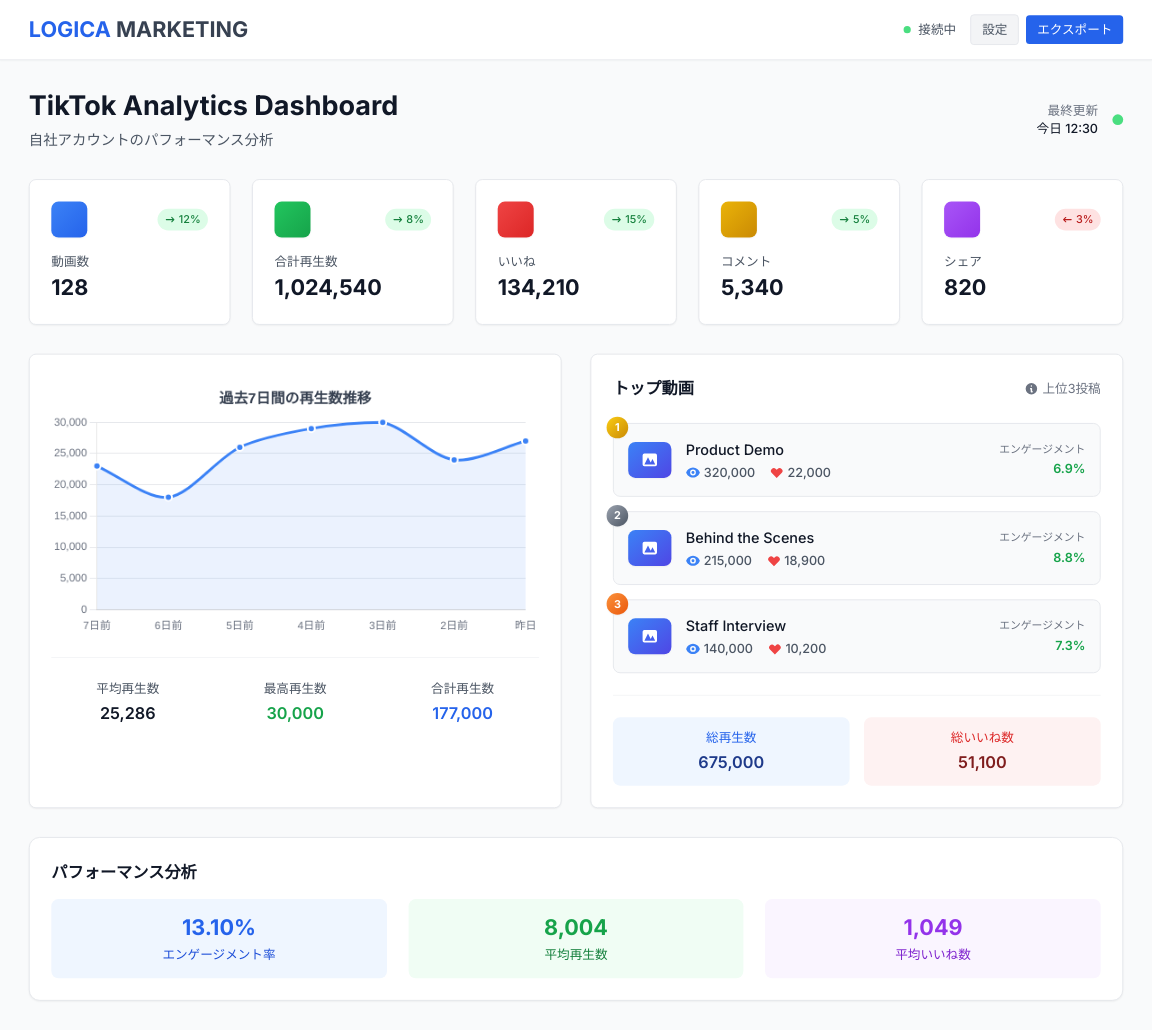
Repository: masayasusuzuki/LogicaMarketingTool
Page: /dashboard
These files come from the project's save history. The page is drawn as it stood at one moment and after the next save; the edit follows.
The browser window is 1280 px wide. The pictures show the whole page, at 90% of full size.
The project was rebuilt for these pictures with package versions that can differ from the ones it lists, and the page was loaded fresh each time. The framework's server and built-in components were replaced by stand-ins that run in the browser. Also part of the build but not shown: next.config.js.

Above is the page before, as saved 2025-08-07 12:38:14.

### src/app/layout.tsx
import type { Metadata } from 'next'
import { Inter } from 'next/font/google'
import './globals.css'

const inter = Inter({ subsets: ['latin'] })

export const metadata: Metadata = {
  title: 'LOGICA MARKETING - TikTok Analytics',
  description: 'TikTok自社アカウント分析ダッシュボード',
}

export default function RootLayout({
  children,
}: {
  children: React.ReactNode
}) {
  return (
    <html lang="ja">
      <body className={inter.className}>{children}</body>
    </html>
  )
}

### src/app/dashboard/page.tsx
'use client'

import Link from 'next/link'
import { mockTikTokData } from '@/data/mockData'
import KPICard from '@/components/KPICard'
import ViewsChart from '@/components/ViewsChart'
import TopVideos from '@/components/TopVideos'

export default function Dashboard() {
  return (
    <div className="min-h-screen bg-gray-50">
      {/* ヘッダー */}
      <header className="bg-white shadow-sm border-b border-gray-200 sticky top-0 z-50">
        <div className="max-w-7xl mx-auto px-4 sm:px-6 lg:px-8">
          <div className="flex justify-between items-center py-4">
            <div className="flex items-center">
              <Link href="/" className="text-2xl font-bold hover:opacity-80 transition-opacity">
                <span className="text-blue-600">LOGICA</span>
                <span className="text-gray-700"> MARKETING</span>
              </Link>
            </div>
            <div className="flex items-center space-x-4">
              <div className="flex items-center text-sm text-gray-600">
                <div className="w-2 h-2 bg-green-400 rounded-full mr-2"></div>
                接続中
              </div>
              <div className="flex items-center space-x-2">
                <button className="px-3 py-1.5 bg-gray-100 text-gray-600 rounded text-sm font-medium border border-gray-200">
                  設定
                </button>
                <button className="px-3 py-1.5 bg-blue-600 text-white rounded text-sm font-medium hover:bg-blue-700 transition-colors">
                  エクスポート
                </button>
              </div>
            </div>
          </div>
        </div>
      </header>

      {/* メインコンテンツ */}
      <main className="max-w-7xl mx-auto px-4 sm:px-6 lg:px-8 py-8">
        {/* ページタイトル */}
        <div className="mb-8">
          <div className="flex items-center justify-between">
            <div>
              <h1 className="text-3xl font-bold text-gray-900 mb-2">TikTok Analytics Dashboard</h1>
              <p className="text-gray-600">自社アカウントのパフォーマンス分析</p>
            </div>
            <div className="flex items-center space-x-4">
              <div className="text-right">
                <p className="text-sm text-gray-500">最終更新</p>
                <p className="text-sm font-medium text-gray-900">今日 12:30</p>
              </div>
              <div className="w-3 h-3 bg-green-400 rounded-full"></div>
            </div>
          </div>
        </div>

        {/* KPIサマリーカード */}
        <div className="grid grid-cols-1 md:grid-cols-2 lg:grid-cols-5 gap-6 mb-8">
          <KPICard
            title="動画数"
            value={mockTikTokData.total_videos}
            icon={
              <svg fill="currentColor" viewBox="0 0 20 20">
                <path fillRule="evenodd" d="M4 3a2 2 0 00-2 2v10a2 2 0 002 2h12a2 2 0 002-2V5a2 2 0 00-2-2H4zm12 12H4l4-8 3 6 2-4 3 6z" clipRule="evenodd"/>
              </svg>
            }
            color="from-blue-500 to-blue-600"
            trend={{ value: 12, isPositive: true }}
          />
          <KPICard
            title="合計再生数"
            value={mockTikTokData.total_views}
            icon={
              <svg fill="currentColor" viewBox="0 0 20 20">
                <path d="M10 12a2 2 0 100-4 2 2 0 000 4z"/>
                <path fillRule="evenodd" d="M.458 10C1.732 5.943 5.522 3 10 3s8.268 2.943 9.542 7c-1.274 4.057-5.064 7-9.542 7S1.732 14.057.458 10zM14 10a4 4 0 11-8 0 4 4 0 018 0z" clipRule="evenodd"/>
              </svg>
            }
            color="from-green-500 to-green-600"
            trend={{ value: 8, isPositive: true }}
          />
          <KPICard
            title="いいね"
            value={mockTikTokData.total_likes}
            icon={
              <svg fill="currentColor" viewBox="0 0 20 20">
                <path fillRule="evenodd" d="M3.172 5.172a4 4 0 015.656 0L10 6.343l1.172-1.171a4 4 0 115.656 5.656L10 17.657l-6.828-6.829a4 4 0 010-5.656z" clipRule="evenodd"/>
              </svg>
            }
            color="from-red-500 to-red-600"
            trend={{ value: 15, isPositive: true }}
          />
          <KPICard
            title="コメント"
            value={mockTikTokData.total_comments}
            icon={
              <svg fill="currentColor" viewBox="0 0 20 20">
                <path fillRule="evenodd" d="M18 10c0 3.866-3.582 7-8 7a8.841 8.841 0 01-4.083-.98L2 17l1.338-3.123C2.493 12.767 2 11.434 2 10c0-3.866 3.582-7 8-7s8 3.134 8 7zM7 9H5v2h2V9zm8 0h-2v2h2V9zM9 9h2v2H9V9z" clipRule="evenodd"/>
              </svg>
            }
            color="from-yellow-500 to-yellow-600"
            trend={{ value: 5, isPositive: true }}
          />
          <KPICard
            title="シェア"
            value={mockTikTokData.total_shares}
            icon={
              <svg fill="currentColor" viewBox="0 0 20 20">
                <path d="M15 8a3 3 0 10-2.977-2.63l-4.94 2.47a3 3 0 100 4.319l4.94 2.47a3 3 0 10.895-1.789l-4.94-2.47a3.027 3.027 0 000-.74l4.94-2.47C13.456 7.68 14.19 8 15 8z"/>
              </svg>
            }
            color="from-purple-500 to-purple-600"
            trend={{ value: 3, isPositive: false }}
          />
        </div>

        {/* グラフとトップ動画 */}
        <div className="grid grid-cols-1 lg:grid-cols-2 gap-8 mb-8">
          <ViewsChart dailyViews={mockTikTokData.daily_views} />
          <TopVideos videos={mockTikTokData.top_videos} />
        </div>

        {/* 追加の分析セクション */}
        <div className="bg-white rounded-xl shadow-sm border border-gray-200 p-6">
          <h3 className="text-lg font-semibold text-gray-900 mb-4">パフォーマンス分析</h3>
          <div className="grid grid-cols-1 md:grid-cols-3 gap-6">
            <div className="text-center p-4 bg-blue-50 rounded-lg">
              <div className="text-2xl font-bold text-blue-600 mb-1">
                {((mockTikTokData.total_likes / mockTikTokData.total_views) * 100).toFixed(2)}%
              </div>
              <div className="text-sm text-blue-700 font-medium">エンゲージメント率</div>
            </div>
            <div className="text-center p-4 bg-green-50 rounded-lg">
              <div className="text-2xl font-bold text-green-600 mb-1">
                {Math.round(mockTikTokData.total_views / mockTikTokData.total_videos).toLocaleString()}
              </div>
              <div className="text-sm text-green-700 font-medium">平均再生数</div>
            </div>
            <div className="text-center p-4 bg-purple-50 rounded-lg">
              <div className="text-2xl font-bold text-purple-600 mb-1">
                {Math.round(mockTikTokData.total_likes / mockTikTokData.total_videos).toLocaleString()}
              </div>
              <div className="text-sm text-purple-700 font-medium">平均いいね数</div>
            </div>
          </div>
        </div>
      </main>
    </div>
  )
}

### src/app/globals.css
@tailwind base;
@tailwind components;
@tailwind utilities;

:root {
  --foreground-rgb: 0, 0, 0;
  --background-start-rgb: 214, 219, 220;
  --background-end-rgb: 255, 255, 255;
  --tiktok-pink: #fe2c55;
  --tiktok-black: #121212;
  --tiktok-gray: #8e8e93;
}

@media (prefers-color-scheme: dark) {
  :root {
    --foreground-rgb: 255, 255, 255;
    --background-start-rgb: 0, 0, 0;
    --background-end-rgb: 0, 0, 0;
  }
}

body {
  color: rgb(var(--foreground-rgb));
  background: linear-gradient(
      to bottom,
      transparent,
      rgb(var(--background-end-rgb))
    )
    rgb(var(--background-start-rgb));
}

@layer utilities {
  .text-balance {
    text-wrap: balance;
  }
}

/* カスタムカラーの直接定義 */
.bg-tiktok-pink {
  background-color: var(--tiktok-pink);
}

.text-tiktok-pink {
  color: var(--tiktok-pink);
}

.border-tiktok-pink {
  border-color: var(--tiktok-pink);
}

.bg-tiktok-black {
  background-color: var(--tiktok-black);
}

.text-tiktok-black {
  color: var(--tiktok-black);
}

.bg-tiktok-gray {
  background-color: var(--tiktok-gray);
}

.text-tiktok-gray {
  color: var(--tiktok-gray);
}

/* グラデーション */
.from-tiktok-pink {
  --tw-gradient-from: var(--tiktok-pink);
  --tw-gradient-stops: var(--tw-gradient-from), var(--tw-gradient-to, rgba(254, 44, 85, 0));
}

.to-tiktok-pink {
  --tw-gradient-to: var(--tiktok-pink);
}

/* シャドウ */
.shadow-tiktok-pink\/25 {
  box-shadow: 0 25px 50px -12px rgba(254, 44, 85, 0.25);
}

### src/data/mockData.ts
export interface TikTokData {
  total_videos: number;
  total_views: number;
  total_likes: number;
  total_comments: number;
  total_shares: number;
  daily_views: number[];
  top_videos: {
    title: string;
    views: number;
    likes: number;
  }[];
}

export const mockTikTokData: TikTokData = {
  total_videos: 128,
  total_views: 1024540,
  total_likes: 134210,
  total_comments: 5340,
  total_shares: 820,
  daily_views: [23000, 18000, 26000, 29000, 30000, 24000, 27000],
  top_videos: [
    { title: "Product Demo", views: 320000, likes: 22000 },
    { title: "Behind the Scenes", views: 215000, likes: 18900 },
    { title: "Staff Interview", views: 140000, likes: 10200 }
  ]
};

### src/components/KPICard.tsx
interface KPICardProps {
  title: string;
  value: string | number;
  icon: React.ReactNode;
  color: string;
  trend?: {
    value: number;
    isPositive: boolean;
  };
}

export default function KPICard({ title, value, icon, color, trend }: KPICardProps) {
  return (
    <div className="group relative bg-white rounded-lg shadow-sm hover:shadow-md transition-all duration-200 overflow-hidden border border-gray-200">
      <div className="p-6">
        <div className="flex items-center justify-between mb-4">
          <div className={`w-10 h-10 rounded-lg bg-gradient-to-br ${color} flex items-center justify-center shadow-sm`}>
            <div className="text-white text-lg">
              {icon}
            </div>
          </div>

          {trend && (
            <div className={`flex items-center px-2 py-1 rounded-full text-xs font-medium ${
              trend.isPositive
                ? 'bg-green-100 text-green-700'
                : 'bg-red-100 text-red-700'
            }`}>
              <svg className={`w-3 h-3 mr-1 ${trend.isPositive ? 'rotate-0' : 'rotate-180'}`} fill="currentColor" viewBox="0 0 20 20">
                <path fillRule="evenodd" d="M12.293 5.293a1 1 0 011.414 0l4 4a1 1 0 010 1.414l-4 4a1 1 0 01-1.414-1.414L14.586 11H3a1 1 0 110-2h11.586l-2.293-2.293a1 1 0 010-1.414z" clipRule="evenodd"/>
              </svg>
              {trend.value}%
            </div>
          )}
        </div>

        <div>
          <p className="text-sm font-medium text-gray-600 mb-1">{title}</p>
          <p className="text-2xl font-bold text-gray-900">
            {typeof value === 'number' ? value.toLocaleString() : value}
          </p>
        </div>
      </div>
    </div>
  );
}

### src/components/ViewsChart.tsx
'use client'

import {
  Chart as ChartJS,
  CategoryScale,
  LinearScale,
  PointElement,
  LineElement,
  Title,
  Tooltip,
  Legend,
  Filler,
} from 'chart.js';
import { Line } from 'react-chartjs-2';

ChartJS.register(
  CategoryScale,
  LinearScale,
  PointElement,
  LineElement,
  Title,
  Tooltip,
  Legend,
  Filler
);

interface ViewsChartProps {
  dailyViews: number[];
}

export default function ViewsChart({ dailyViews }: ViewsChartProps) {
  const options = {
    responsive: true,
    maintainAspectRatio: false,
    plugins: {
      legend: {
        display: false,
      },
      title: {
        display: true,
        text: '過去7日間の再生数推移',
        font: {
          size: 16,
          weight: '600',
        },
        color: '#374151',
        padding: 16,
      },
      tooltip: {
        backgroundColor: 'rgba(0, 0, 0, 0.8)',
        titleColor: '#fff',
        bodyColor: '#fff',
        borderColor: '#3B82F6',
        borderWidth: 1,
        cornerRadius: 6,
        displayColors: false,
        callbacks: {
          label: function(context: any) {
            return `再生数: ${context.parsed.y.toLocaleString()}`;
          }
        }
      }
    },
    scales: {
      x: {
        grid: {
          display: false,
        },
        ticks: {
          color: '#6B7280',
          font: {
            weight: '500',
          }
        }
      },
      y: {
        beginAtZero: true,
        grid: {
          color: '#E5E7EB',
          drawBorder: false,
        },
        ticks: {
          color: '#6B7280',
          font: {
            weight: '500',
          },
          callback: function(value: any) {
            return value.toLocaleString();
          }
        }
      }
    },
    elements: {
      point: {
        radius: 4,
        hoverRadius: 6,
        backgroundColor: '#3B82F6',
        borderColor: '#fff',
        borderWidth: 2,
      },
      line: {
        tension: 0.3,
      }
    }
  };

  const labels = ['7日前', '6日前', '5日前', '4日前', '3日前', '2日前', '昨日'];

  const data = {
    labels,
    datasets: [
      {
        label: '再生数',
        data: dailyViews,
        borderColor: '#3B82F6',
        backgroundColor: 'rgba(59, 130, 246, 0.1)',
        fill: true,
        pointBackgroundColor: '#3B82F6',
        pointBorderColor: '#fff',
        pointBorderWidth: 2,
        pointRadius: 4,
        pointHoverRadius: 6,
      },
    ],
  };

  return (
    <div className="bg-white rounded-lg shadow-sm p-6 border border-gray-200">
      <div className="h-72">
        <Line options={options} data={data} />
      </div>

      {/* 統計情報 */}
      <div className="mt-6 pt-6 border-t border-gray-100">
        <div className="grid grid-cols-3 gap-4">
          <div className="text-center">
            <p className="text-sm text-gray-600 mb-1">平均再生数</p>
            <p className="text-lg font-semibold text-gray-900">
              {Math.round(dailyViews.reduce((a, b) => a + b, 0) / dailyViews.length).toLocaleString()}
            </p>
          </div>
          <div className="text-center">
            <p className="text-sm text-gray-600 mb-1">最高再生数</p>
            <p className="text-lg font-semibold text-green-600">
              {Math.max(...dailyViews).toLocaleString()}
            </p>
          </div>
          <div className="text-center">
            <p className="text-sm text-gray-600 mb-1">合計再生数</p>
            <p className="text-lg font-semibold text-blue-600">
              {dailyViews.reduce((a, b) => a + b, 0).toLocaleString()}
            </p>
          </div>
        </div>
      </div>
    </div>
  );
}

### src/components/TopVideos.tsx
interface Video {
  title: string;
  views: number;
  likes: number;
}

interface TopVideosProps {
  videos: Video[];
}

export default function TopVideos({ videos }: TopVideosProps) {
  return (
    <div className="bg-white rounded-lg shadow-sm p-6 border border-gray-200">
      <div className="flex items-center justify-between mb-6">
        <h3 className="text-lg font-semibold text-gray-900">トップ動画</h3>
        <div className="flex items-center text-sm text-gray-500">
          <svg className="w-4 h-4 mr-1" fill="currentColor" viewBox="0 0 20 20">
            <path fillRule="evenodd" d="M18 10a8 8 0 11-16 0 8 8 0 0116 0zm-7-4a1 1 0 11-2 0 1 1 0 012 0zM9 9a1 1 0 000 2v3a1 1 0 001 1h1a1 1 0 100-2v-3a1 1 0 00-1-1H9z" clipRule="evenodd"/>
          </svg>
          上位3投稿
        </div>
      </div>

      <div className="space-y-4">
        {videos.map((video, index) => (
          <div key={index} className="group relative bg-gray-50 hover:bg-gray-100 rounded-lg p-4 border border-gray-200 hover:border-gray-300 transition-all duration-200">
            {/* ランキングバッジ */}
            <div className="absolute -top-2 -left-2 w-6 h-6 rounded-full flex items-center justify-center font-bold text-xs shadow-sm">
              {index === 0 && (
                <div className="w-full h-full bg-gradient-to-br from-yellow-400 to-yellow-600 rounded-full flex items-center justify-center text-white">
                  1
                </div>
              )}
              {index === 1 && (
                <div className="w-full h-full bg-gradient-to-br from-gray-400 to-gray-600 rounded-full flex items-center justify-center text-white">
                  2
                </div>
              )}
              {index === 2 && (
                <div className="w-full h-full bg-gradient-to-br from-orange-400 to-orange-600 rounded-full flex items-center justify-center text-white">
                  3
                </div>
              )}
            </div>

            <div className="flex items-center">
              {/* サムネイルプレースホルダー */}
              <div className="w-12 h-10 bg-gradient-to-br from-blue-500 to-indigo-600 rounded-lg flex items-center justify-center mr-4 shadow-sm">
                <svg className="w-5 h-5 text-white" fill="currentColor" viewBox="0 0 20 20">
                  <path fillRule="evenodd" d="M4 3a2 2 0 00-2 2v10a2 2 0 002 2h12a2 2 0 002-2V5a2 2 0 00-2-2H4zm12 12H4l4-8 3 6 2-4 3 6z" clipRule="evenodd"/>
                </svg>
              </div>

              <div className="flex-1 min-w-0">
                <h4 className="font-medium text-gray-900 mb-1 truncate group-hover:text-blue-600 transition-colors">
                  {video.title}
                </h4>

                <div className="flex items-center space-x-4 text-sm text-gray-600">
                  <span className="flex items-center">
                    <svg className="w-4 h-4 mr-1 text-blue-500" fill="currentColor" viewBox="0 0 20 20">
                      <path d="M10 12a2 2 0 100-4 2 2 0 000 4z"/>
                      <path fillRule="evenodd" d="M.458 10C1.732 5.943 5.522 3 10 3s8.268 2.943 9.542 7c-1.274 4.057-5.064 7-9.542 7S1.732 14.057.458 10zM14 10a4 4 0 11-8 0 4 4 0 018 0z" clipRule="evenodd"/>
                    </svg>
                    <span className="font-medium">{video.views.toLocaleString()}</span>
                  </span>
                  <span className="flex items-center">
                    <svg className="w-4 h-4 mr-1 text-red-500" fill="currentColor" viewBox="0 0 20 20">
                      <path fillRule="evenodd" d="M3.172 5.172a4 4 0 015.656 0L10 6.343l1.172-1.171a4 4 0 115.656 5.656L10 17.657l-6.828-6.829a4 4 0 010-5.656z" clipRule="evenodd"/>
                    </svg>
                    <span className="font-medium">{video.likes.toLocaleString()}</span>
                  </span>
                </div>
              </div>

              {/* エンゲージメント率 */}
              <div className="text-right">
                <div className="text-xs text-gray-500 mb-1">エンゲージメント</div>
                <div className="text-sm font-semibold text-green-600">
                  {((video.likes / video.views) * 100).toFixed(1)}%
                </div>
              </div>
            </div>
          </div>
        ))}
      </div>

      {/* 統計サマリー */}
      <div className="mt-6 pt-6 border-t border-gray-100">
        <div className="grid grid-cols-2 gap-4">
          <div className="text-center p-3 bg-blue-50 rounded-lg">
            <p className="text-sm text-blue-600 font-medium mb-1">総再生数</p>
            <p className="text-lg font-semibold text-blue-900">
              {videos.reduce((sum, video) => sum + video.views, 0).toLocaleString()}
            </p>
          </div>
          <div className="text-center p-3 bg-red-50 rounded-lg">
            <p className="text-sm text-red-600 font-medium mb-1">総いいね数</p>
            <p className="text-lg font-semibold text-red-900">
              {videos.reduce((sum, video) => sum + video.likes, 0).toLocaleString()}
            </p>
          </div>
        </div>
      </div>
    </div>
  );
}

### tailwind.config.js
/** @type {import('tailwindcss').Config} */
module.exports = {
  content: [
    './src/pages/**/*.{js,ts,jsx,tsx,mdx}',
    './src/components/**/*.{js,ts,jsx,tsx,mdx}',
    './src/app/**/*.{js,ts,jsx,tsx,mdx}',
  ],
  theme: {
    extend: {
      colors: {
        tiktok: {
          pink: '#fe2c55',
          black: '#121212',
          gray: '#8e8e93',
        }
      },
      animation: {
        'pulse': 'pulse 2s cubic-bezier(0.4, 0, 0.6, 1) infinite',
        'bounce': 'bounce 1s infinite',
      },
      backdropBlur: {
        xs: '2px',
      }
    },
  },
  plugins: [],
}

After the next save:
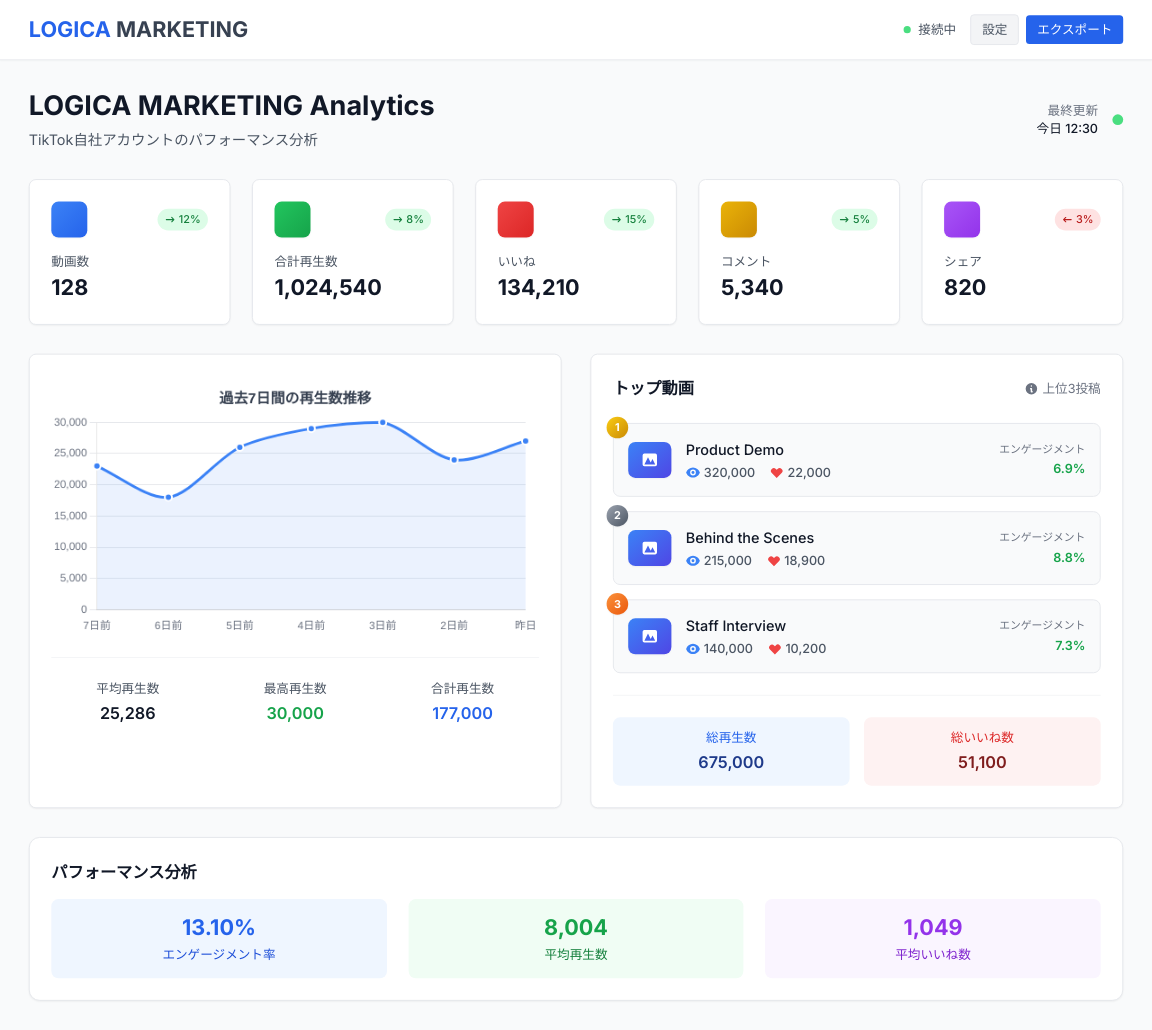
Saved 44 s later.
--- a/src/app/dashboard/page.tsx
+++ b/src/app/dashboard/page.tsx
@@ -43,8 +43,8 @@
         <div className="mb-8">
           <div className="flex items-center justify-between">
             <div>
-              <h1 className="text-3xl font-bold text-gray-900 mb-2">TikTok Analytics Dashboard</h1>
-              <p className="text-gray-600">自社アカウントのパフォーマンス分析</p>
+              <h1 className="text-3xl font-bold text-gray-900 mb-2">LOGICA MARKETING Analytics</h1>
+              <p className="text-gray-600">TikTok自社アカウントのパフォーマンス分析</p>
             </div>
             <div className="flex items-center space-x-4">
               <div className="text-right">
